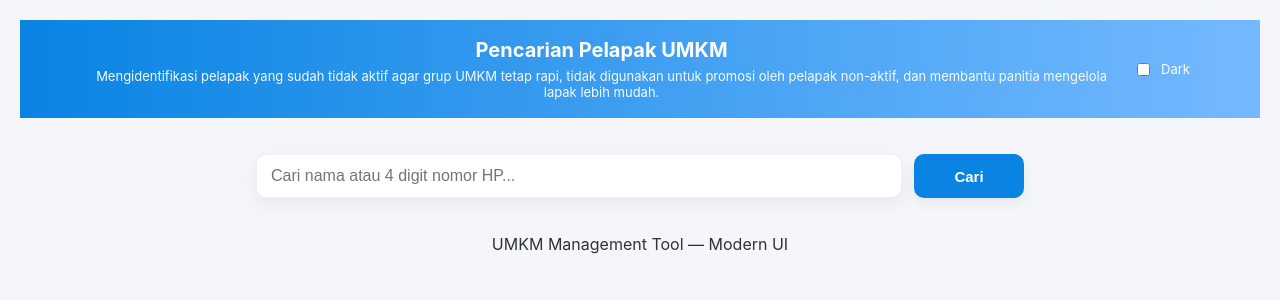
Repository: pasarrakyatbak/ceklapak
Page: index.html
These files come from the project's save history. The page is drawn as it stood at one moment and after a run of saves; the edit follows.
The browser window is 1280 px wide. The pictures show the whole page.

Above is the page before, as saved 2025-11-19 05:48:57.

### index.html
<!DOCTYPE html>
<html lang="id">

<head>
    <meta charset="UTF-8" />
    <meta name="viewport" content="width=device-width, initial-scale=1.0" />
    <title>Pencarian Pelapak UMKM</title>
    <link rel="stylesheet" href="style.css" />
</head>

<body>
    <header>
        <div class="header-inner">
            <div>
                <h1>Pencarian Pelapak UMKM</h1>
                <p class="desc">
                    Mengidentifikasi pelapak yang sudah tidak aktif agar grup UMKM tetap rapi, tidak digunakan untuk
                    promosi oleh pelapak non-aktif, dan membantu panitia mengelola lapak lebih mudah.
                </p>
            </div>


            <div class="controls">
                <label class="theme-toggle">
                    <input id="themeToggle" type="checkbox" />
                    <span>Dark</span>
                </label>
            </div>
        </div>
    </header>


    <main>
        <div class="container">
            <div class="search-box">
                <input type="text" id="queryInput" placeholder="Cari nama atau 4 digit nomor HP..."
                    autocomplete="off" />
                <button id="searchBtn">Cari</button>
            </div>


            <div id="resultBox" class="result-box hidden"></div>
        </div>
    </main>


    <footer>
        <p>UMKM Management Tool — Modern UI</p>
    </footer>


    <script src="app.js"></script>
</body>

</html>

### style.css
body {
    background: #0984e3;
    color: white;
    padding: 20px;
    text-align: center;
    border-bottom-left-radius: 20px;
    border-bottom-right-radius: 20px;
}

header h1 {
    margin: 0;
    font-size: 26px;
}

.desc {
    margin-top: 10px;
    font-size: 14px;
    opacity: 0.9;
}

main {
    max-width: 600px;
    margin: 40px auto;
    padding: 20px;
}

.search-box {
    display: flex;
    gap: 10px;
}

.search-box input {
    flex: 1;
    padding: 12px;
    border-radius: 10px;
    border: 1px solid #b2bec3;
    font-size: 16px;
}

.search-box button {
    padding: 12px 18px;
    background: #0984e3;
    color: white;
    border: none;
    border-radius: 10px;
    cursor: pointer;
    font-size: 15px;
    transition: 0.2s;
}

.search-box button:hover {
    background: #0770c4;
}

.result-box {
    margin-top: 25px;
    background: white;
    padding: 20px;
    border-radius: 12px;
    box-shadow: 0 4px 10px rgba(0, 0, 0, 0.08);
}

.hidden {
    display: none;
}

.result-item {
    padding: 12px;
    border-bottom: 1px solid #dfe6e9;
}

.result-item:last-child {
    border-bottom: none;
}

.result-item strong {
    color: #0984e3;
}

/* === Variables for light & dark theme === */
:root {
    --bg: #f5f6fa;
    --card: #ffffff;
    --text: #2d3436;
    --muted: #636e72;
    --primary: #0984e3;
    --accent: #74b9ff;
    --shadow: rgba(12, 18, 28, 0.06);
}

body.dark {
    --bg: #0f1720;
    --card: #0b1220;
    --text: #e6eef8;
    --muted: #9aa9bd;
    --primary: #1e90ff;
    --accent: #59a6ff;
    --shadow: rgba(0, 0, 0, 0.6);
}

/* === Base === */
* {
    box-sizing: border-box
}

body {
    margin: 0;
    font-family: Inter, system-ui, -apple-system, 'Segoe UI', Roboto, 'Helvetica Neue', Arial;
    background: var(--bg);
    color: var(--text);
    -webkit-font-smoothing: antialiased;
    -moz-osx-font-smoothing: grayscale;
}

header {
    background: linear-gradient(90deg, var(--primary), var(--accent));
    color: white;
    padding: 18px 20px;
}

.header-inner {
    max-width: 1100px;
    margin: 0 auto;
    display: flex;
    gap: 20px;
    align-items: center;
    justify-content: space-between;
}

header h1 {
    margin: 0;
    font-size: 20px
}

.desc {
    margin: 6px 0 0;
    font-size: 13px;
    opacity: 0.95
}

.controls {
    display: flex;
    align-items: center;
    gap: 12px
}

.theme-toggle {
    display: flex;
    align-items: center;
    gap: 8px;
    color: rgba(255, 255, 255, 0.95);
    font-size: 13px
}

.theme-toggle input {
    accent-color: var(--card)
}

main {
    max-width: 800px;
    margin: 36px auto;
    padding: 0 16px
}

.container {
    background: transparent
}

.search-box {
    display: flex;
    gap: 12px
}

.search-box input {
    flex: 1;
    padding: 12px 14px;
    border-radius: 10px;
    border: 1px solid rgba(0, 0, 0, 0.06);
    background: var(--card);
    color: var(--text);
    box-shadow: 0 6px 18px var(--shadow);
}

.search-box button {
    padding: 12px 16px;
    border-radius: 10px;
    border: none;
    background: var(--primary);
    color: white;
    cursor: pointer;
    min-width: 110px;
    font-weight: 600;
    box-shadow: 0 6px 14px var(--shadow);
}

.search-box button:hover {
    transform: translateY(-1px)
}

.result-box {
    margin-top: 22px;
    background: var(--card);
    padding: 16px;
    border-radius: 12px;
    box-shadow: 0 8px 24px var(--shadow)
}

.hidden {
    display: none
}

.result-item {
    padding: 12px;
    border-bottom: 1px solid rgba(0, 0, 0, 0.04)
}

.result-item:last-child {
    border-bottom: none
}

.result-item strong {
    color: var(--primary)
}

.small {
    font-size: 13px;
    color: var(--muted)
}

/* responsive */
@media (max-width:480px) {
    .header-inner {
        padding: 0;
        flex-direction: column;
        align-items: flex-start
    }

    .search-box {
        flex-direction: column
    }

    .search-box button {
        width: 100%
    }
}

### app.js
// === CONFIG ===
const API_URL = "https://script.google.com/macros/s/AKfycby4z2qZ24SrJkcyGpybH29lSUC_3_z1LG-7wSmTzpaOEXrwjXf0Cl3hqkg95qAxPj1-/exec"; // Ganti setelah deploy Apps Script

// DOM
const searchBtn = document.getElementById("searchBtn");
const queryInput = document.getElementById("queryInput");
const resultBox = document.getElementById("resultBox");
const themeToggle = document.getElementById("themeToggle");

// Inisialisasi tema dari localStorage
(function initTheme() {
    const saved = localStorage.getItem("umkm_theme");
    if (saved === "dark") document.body.classList.add("dark");
    themeToggle.checked = document.body.classList.contains("dark");
})();

// Event listeners
searchBtn.addEventListener("click", searchData);
queryInput.addEventListener("keypress", (e) => { if (e.key === "Enter") searchData(); });
themeToggle.addEventListener("change", toggleTheme);

// === Utilities ===
function cleanNumber(input) {
    // hapus spasi, titik, tanda hubung, kurung, plus
    return input.replace(/\s|\.|-|\(|\)|\+/g, "");
}

function normalizePhone(phone) {
    if (!phone) return "";
    phone = phone.toString().trim();
    phone = cleanNumber(phone);
    // ambil hanya angka
    const digits = phone.replace(/[^0-9]/g, "");
    if (!digits) return "";
    if (digits.startsWith("0")) return digits;
    return "0" + digits;
}

function toggleTheme() {
    const isDark = themeToggle.checked;
    if (isDark) document.body.classList.add("dark"); else document.body.classList.remove("dark");
    localStorage.setItem("umkm_theme", isDark ? "dark" : "light");
}

// === Search ===
function searchData() {
    const raw = queryInput.value.trim();
    if (!raw) return renderError("Masukkan nama atau 4 digit nomor HP.");

    // Jika input berisi huruf -> treat as name, else numeric -> treat as digits
    let q = raw;
    const onlyDigits = cleanNumber(q);

    // jika numeric dan panjang 4 maka dianggap 4-digit search
    let isLast4 = /^\d{4}$/.test(onlyDigits);
    if (isLast4) q = onlyDigits;
    else q = raw.toLowerCase();

    // panggil API
    fetch(`${API_URL}?q=${encodeURIComponent(q)}`)
        .then(res => res.json())
        .then(data => {
            if (!data) return renderError("Data tidak valid dari server.");
            if (data.status === "error") return renderError(data.pesan || data.message || "Tidak ditemukan.");

            // normalize nomor pada hasil
            const normalized = (data.hasil || data.hasil || data.data || []).map(item => ({
                ...item,
                nomor: normalizePhone(item.nomor || item.phone || "")
            }));

            renderResults(normalized);
        })
        .catch(err => {
            console.error(err);
            renderError("Gagal menghubungi server. Periksa koneksi internet Anda.");
        });
}

// === RENDER ===
function renderResults(results) {
    resultBox.classList.remove("hidden");
    if (!results || results.length === 0) {
        resultBox.innerHTML = "<p>Tidak ada hasil ditemukan.</p>";
        return;
    }

    let html = "";
    results.forEach(r => {
        html += `
      <div class="result-item">
        <div><strong>Nama:</strong> ${escapeHtml(r.nama || '—')}</div>
        <div><strong>Nomor HP:</strong> ${escapeHtml(r.nomor || '—')}</div>
        <div class="small"><strong>Jualan:</strong> ${escapeHtml(r.jenis_jualan || r.jualan || '—')}</div>
        <div class="small">Baris data: ${escapeHtml(String(r.baris || '—'))}</div>
      </div>
    `;
    });
    resultBox.innerHTML = html;
}

function renderError(msg) {
    resultBox.classList.remove("hidden");
    resultBox.innerHTML = `<p style="color:var(--primary);font-weight:600">${escapeHtml(msg)}</p>`;
}

// safe escape
function escapeHtml(s) {
    return String(s)
        .replace(/&/g, '&amp;')
        .replace(/</g, '&lt;')
        .replace(/>/g, '&gt;')
        .replace(/"/g, '&quot;')
        .replace(/'/g, '&#39;');
}

After the next 3 saves:
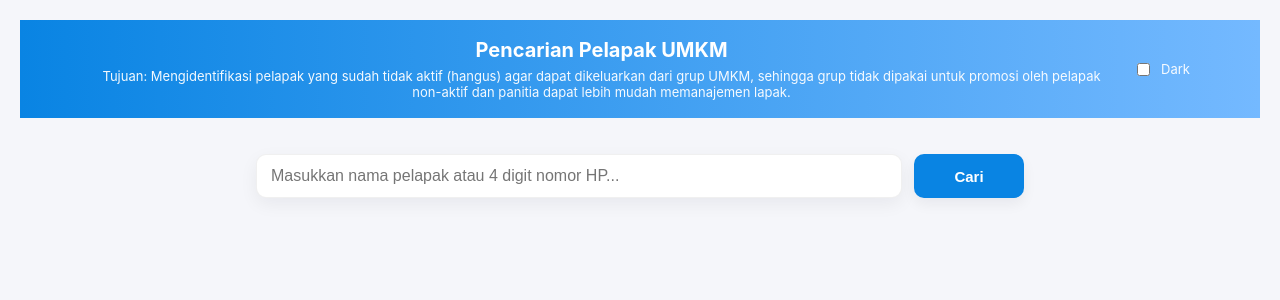
The 3 saves are shown as one change because they came seconds apart.
The last was saved 9 s later.
--- a/index.html
+++ b/index.html
@@ -13,41 +13,31 @@
         <div class="header-inner">
             <div>
                 <h1>Pencarian Pelapak UMKM</h1>
-                <p class="desc">
-                    Mengidentifikasi pelapak yang sudah tidak aktif agar grup UMKM tetap rapi, tidak digunakan untuk
-                    promosi oleh pelapak non-aktif, dan membantu panitia mengelola lapak lebih mudah.
-                </p>
+                <p class="desc">Tujuan: Mengidentifikasi pelapak yang sudah tidak aktif (hangus) agar dapat dikeluarkan
+                    dari grup UMKM, sehingga grup tidak dipakai untuk promosi oleh pelapak non-aktif dan panitia dapat
+                    lebih mudah memanajemen lapak.</p>
             </div>
-
 
             <div class="controls">
                 <label class="theme-toggle">
-                    <input id="themeToggle" type="checkbox" />
+                    <input id="themeToggle" type="checkbox" aria-label="Toggle dark mode" />
                     <span>Dark</span>
                 </label>
             </div>
         </div>
     </header>
 
-
     <main>
         <div class="container">
             <div class="search-box">
-                <input type="text" id="queryInput" placeholder="Cari nama atau 4 digit nomor HP..."
+                <input type="text" id="queryInput" placeholder="Masukkan nama pelapak atau 4 digit nomor HP..."
                     autocomplete="off" />
                 <button id="searchBtn">Cari</button>
             </div>
 
-
-            <div id="resultBox" class="result-box hidden"></div>
+            <div id="resultBox" class="result-box hidden" role="region" aria-live="polite"></div>
         </div>
     </main>
-
-
-    <footer>
-        <p>UMKM Management Tool — Modern UI</p>
-    </footer>
-
 
     <script src="app.js"></script>
 </body>
